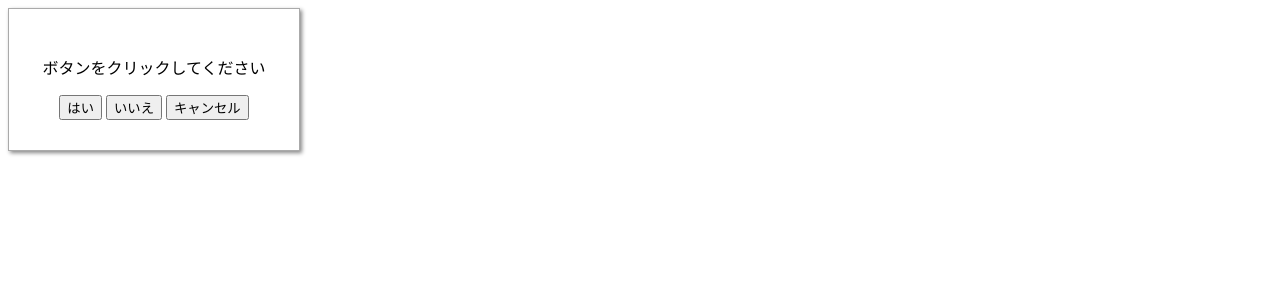
Repository: saekato/HTML
Page: java.html
The author's editor kept a record of every edit. The page is drawn from the files as they stood at one moment, then again after the next edit.
The browser window is 1280 px wide. The pictures show the whole page.

Above is the page before.
Console error: SyntaxError: Unexpected token ')'

After the next edit:
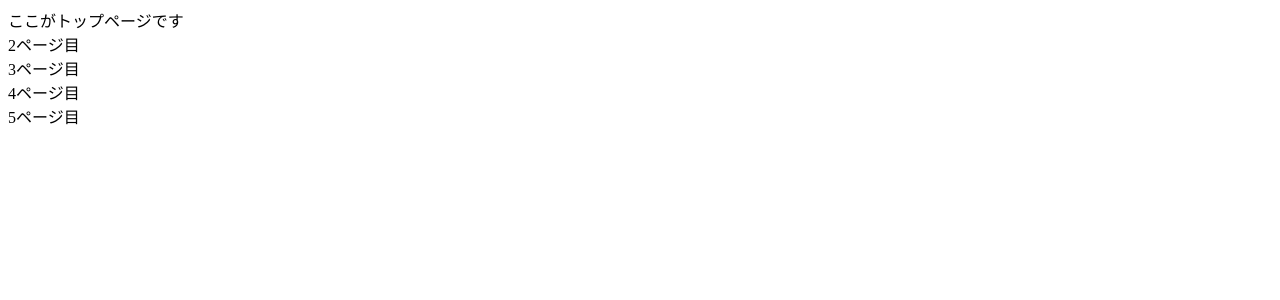
The error is gone.
The edit:
--- a/java.html
+++ b/java.html
@@ -15,27 +15,14 @@
     </style>
 </head>
 <body>
-  <form id="dialog" name="dialog">
-    <p>ボタンをクリックしてください</p>
-    <input type="button" name="yes" value="はい"/>
-    <input type="button" name="no" value="いいえ"/>
-    <input type="button" name="cancel" value="キャンセル"/>
-   </form>
+    <div class="screenBlue">ここがトップページです</div>
+    <div class="screenRed">2ページ目</div>
+    <div class="screenBlue">3ページ目</div>
+    <div class="screenRed">4ページ目</div>
+    <div class="screenBlue">5ページ目</div>
 
-   <script>
-     const form = document.forms.dialog;
-
-     form.yes.addEventListener('click',() => {
-       console.log("「はい」がクリックされました");
-     });
-
-     form.no.addEventListener('click',() => {
-       console.log("「いいえ」がクリックされました");
-     });
-
-     form.cancel.addEventListener('click',() => {
-       console.log("「はい」がクリックされました");
-     });)
-   </script>
+    <script>
+        //JavaScriptを記述する場所
+    </script>
 </body>
 </html>
